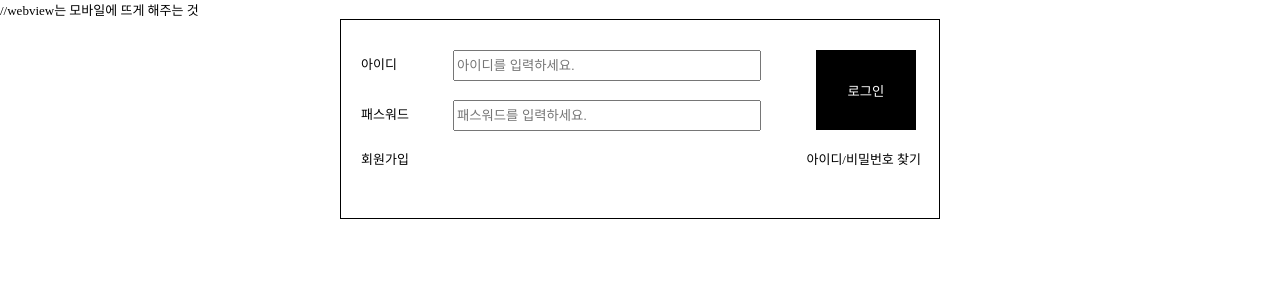
Repository: kimkeng/BackendClass
Page: example/src/main/webapp/weblogin.html
An editor plug-in stored every save of this project. The page is shown before and after the next save, followed by the edit.
The browser window is 1280 px wide. The pictures show the whole page.

Above is the page before, as saved 2023-08-11 02:08:35.

After the next save:
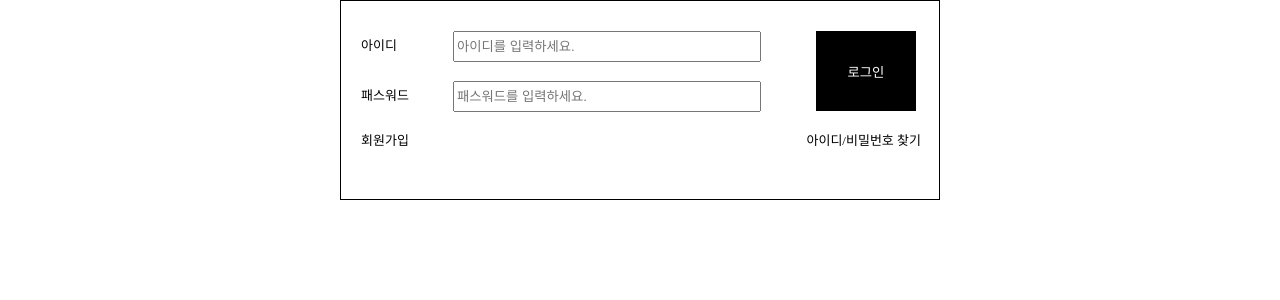
Saved 21 s later.
--- a/example/src/main/webapp/weblogin.html
+++ b/example/src/main/webapp/weblogin.html
@@ -4,7 +4,7 @@
         <meta charset="UTF-8">
         <meta http-equiv="X-UA-compatible" content="chrome=1,IE=Edge">
         <meta name="viewport" content="width=device-width, initial-scale=1.0">
-        //webview는 모바일에 뜨게 해주는 것
+        <!-- webview는 모바일에 뜨게 해주는 것 -->
         <meta http-equiv="imagetoolbar" content="no">
         <title>반응형 로그인</title>
         <link rel="stylesheet" type="text/css" href="./weblogin.css">
